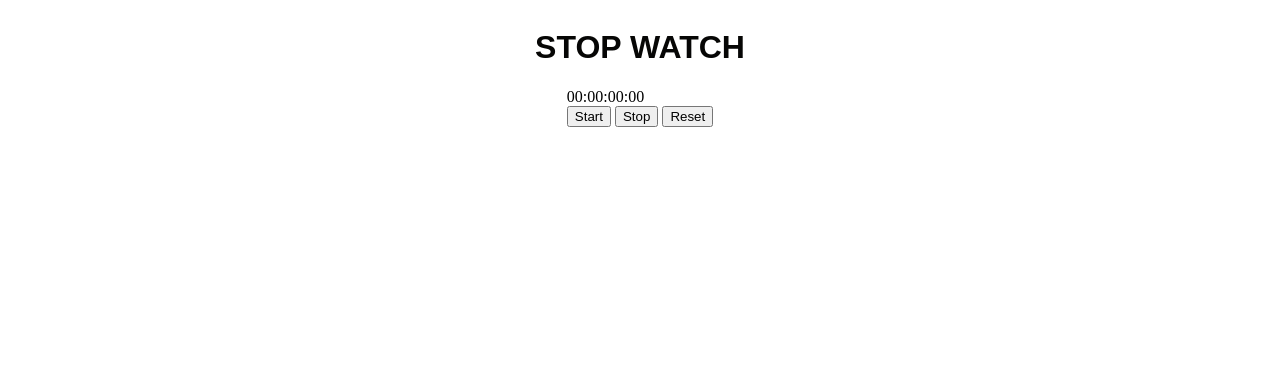
Repository: prakash872/StopWatch
Page: index.html
An editor plug-in stored every save of this project. The page is shown before and after the next save, followed by the edit.
The browser window is 1280 px wide. The pictures show the whole page.

Above is the page before, as saved 2025-06-24 19:32:01.

### index.html
<!DOCTYPE html>
<html lang="en">
<head>
    <meta charset="UTF-8">
    <meta name="viewport" content="width=device-width, initial-scale=1.0">
    <title>Document</title>
    <link rel="stylesheet" href="style.css">
</head>
<body>
    <h1  id="myH1">STOP WATCH</h1>
    <div id="container">
     <div id="display">
        00:00:00:00
     </div>
     <div id="controls">
        <button id="btn-start">Start</button>
        <button id="btn-stop">Stop</button>
        <button id="btn-reset">Reset</button>
     </div>
    </div>
</body>
</html>

### style.css
body{
    display: flex;
    flex-direction: column;
    justify-content: center;
    align-items: center;
}
.container{
    display: flex;
    flex-direction: column;
    align-items: center;
    justify-items: center;
    border: 5px solid black;
}
#myH1{


    color: hsl(60, 11%, 2%);
    font-family: Arial, Helvetica, sans-serif;
}
#display{


}

After the next save:
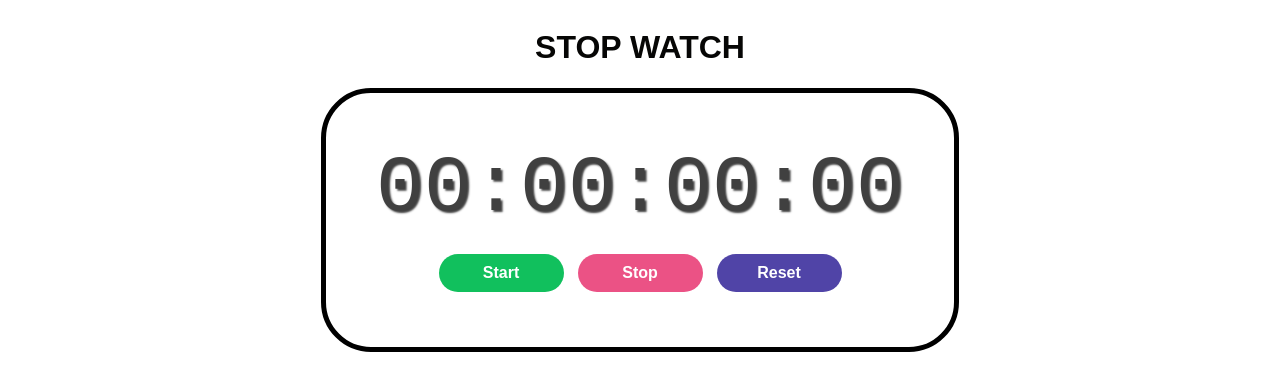
Saved 6 s later.
--- a/style.css
+++ b/style.css
@@ -4,12 +4,20 @@ body{
     justify-content: center;
     align-items: center;
 }
-.container{
+#container{
     display: flex;
     flex-direction: column;
     align-items: center;
     justify-items: center;
     border: 5px solid black;
+    padding: 50px;
+    border-radius: 50px;
+}
+#display{
+    font-size: 5rem;
+    font-family: monospace;
+    color: hsl(60, 0%, 25%);
+    text-shadow: 2px 2px 2px hsl(60, 0%, 25%);
 }
 #myH1{
 
@@ -17,7 +25,36 @@ body{
     color: hsl(60, 11%, 2%);
     font-family: Arial, Helvetica, sans-serif;
 }
-#display{
-
-
+#controls button{
+ font-size: 1rem;
+ padding: 10px 20px;
+ margin: 5px;
+ min-width: 125px;
+ font-weight: bold;
+ border: none;
+ border-radius: 20px;
+ margin-top: 20px;
+ color: white;
+ transition:  background-color 0.5s ease-in-out;
 }
+#btn-start{
+    background-color: hsl(146, 84%, 41%);
+    cursor: pointer;
+}
+#btn-start:hover{
+    background-color: hsl(146, 84%, 31%);
+}
+#btn-stop{
+    background-color: hsl(340, 79%, 62%);
+    cursor: pointer;
+}
+#btn-stop:hover{
+    background-color: hsl(328, 80%, 22%);
+}
+#btn-reset{
+    background-color: hsl(247, 42%, 46%);
+    cursor: pointer;
+}
+#btn-reset:hover{
+    background-color: hsl(255, 19%, 63%);
+}
